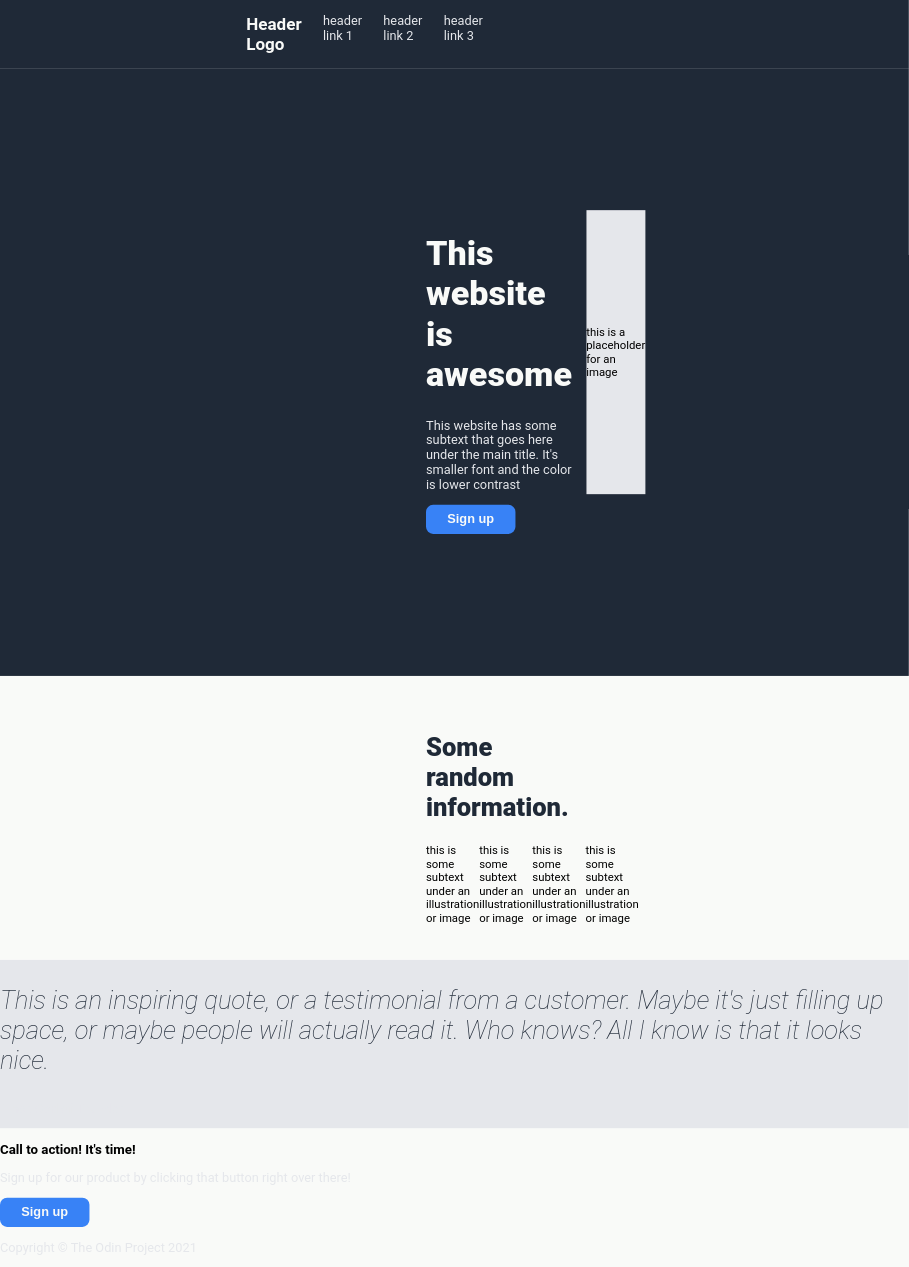
Repository: rsoetydev/landing-page
Page: index.html
The author's editor kept a copy of each file at every save. The page is drawn from the files as they stood at one save, then again after the next save.
The browser window is 1280 px wide. The pictures show the whole page, at 71% of full size.

Above is the page before, as saved 2023-11-28 10:22:47.

### index.html
<!DOCTYPE html>
<html lang="en">
<head>
    <meta charset="UTF-8">
    <meta name="viewport" content="width=device-width, initial-scale=1.0">
    <title>Landing Page</title>
    <link rel="stylesheet" href="style.css">
</head>
<body>
    <div class="header">
        <h2 class="header-logo">Header Logo</h2>
        <p class="link-1">header link 1 </p>
        <p class="link-2">header link 2</p>
        <p class="link-3"> header link 3</p>
    </div>

    <div class="hero">
        <div class="hero-text">
            <h1 class="hero-title">This website is awesome</h1>
            <p class="hero-subtext">This website has some subtext that goes here under the main title. It's smaller font and the color is lower contrast</p>
            <button class="sign-up">Sign up</button>
        </div>
        <div class="hero-image-cont">
            this is a placeholder for an image
        </div>
    </div>

    <div class="info">
        <h2 class="info-title">Some random information.</h2>
        <div class="item-cont">
            <div class="item">
                <div class="item-pic"></div>
                <div class="item-text">this is some subtext under an illustration or image</div>
            </div>
            <div class="item">
                <div class="item-pic"></div>
                <div class="item-text">this is some subtext under an illustration or image</div>
            </div>
            <div class="item">
                <div class="item-pic"></div>
                <div class="item-text">this is some subtext under an illustration or image</div>
            </div>
            <div class="item">
                <div class="item-pic"></div>
                <div class="item-text">this is some subtext under an illustration or image</div>
            </div>
        </div>
    </div>

    <div class="quote">
        <p class="quote-text">
            This is an inspiring quote, or a testimonial from a customer. Maybe it's just filling up space, or maybe people will actually read it. Who knows? All I know is that it looks nice.
        </p>
        <p class="quote-author">-Thor, God of Thunder</p>
    </div>

    <div class="c2a">
        <div class="c2a-sub">
            <div class="c2a-text-container">
                <h3>Call to action! It's time!</h3>
                <p class="c2a-text">Sign up for our product by clicking that button right over there!</p>
            </div>
            <button class="c2a-sign-up">Sign up</button>
        </div>
    </div>

    <div class="footer">
        <p class="copyright">Copyright © The Odin Project 2021</p>
    </div>

</body>
</html>

### style.css


:root {
    --dark: #1F2937;
    --gray: #E5E7EB;
    --white: #F9FAF8;
    --blue: #3882F6;

    font-family: 'Roboto', arial;
}

body{
    background-color:var(--white);
    padding: 0;
    margin: 0;
    display: flex;
    flex-direction: column;
}

h1{
    font-size:48px;
    font-weight:900;
    color: var(--white);
}

p{
    color: var(--gray);
    font-size: 18px;
}

h2{
    color: var(--white);
    font-size: 24px;
    font: weight 600px;
}

.info-title {
    font-size: 36px;
    color:var(--dark);
    font-weight: 900;
}

.quote-text {
    font-size: 36px;
    font-style: italic;
    font-weight: 200;
    color:var(--dark);
}

button{
    background-color: var(--blue);
    color:var(--white);
    font-size: 18px;
    font-weight: 600;
    padding: 10px 30px;
    border: none;
    border-radius: 10px;
}

.header{
    display:flex;
    background-color: var(--dark);
    justify-content: flex-end;
    gap:30px;
    padding: 0px 600px;
}

.header-logo{
    flex: 1;
}

.hero{
    display:flex;
    background-color: var(--dark);
    padding: 200px 600px;
    justify-content:space-between;
    gap: 20px;
}

.hero-image-cont{
    background-color:var(--gray);
    display:flex;
    justify-content: center;
    align-items: center;
    width: 800px;
    height: 400px;
}

.info-title{
    text-align: center;
}

.info{
    display: flex;
    flex-direction: column;
    justify-content: center;
    padding: 50px 600px;
}

.item-cont{
    display:flex;
    justify-content: space-evenly;
}

.quote{
    background-color: var(--gray);

.c2a{
    background-color: var(--blue);
}

.footer{
    background-color: var(--dark);
}

After the next save:
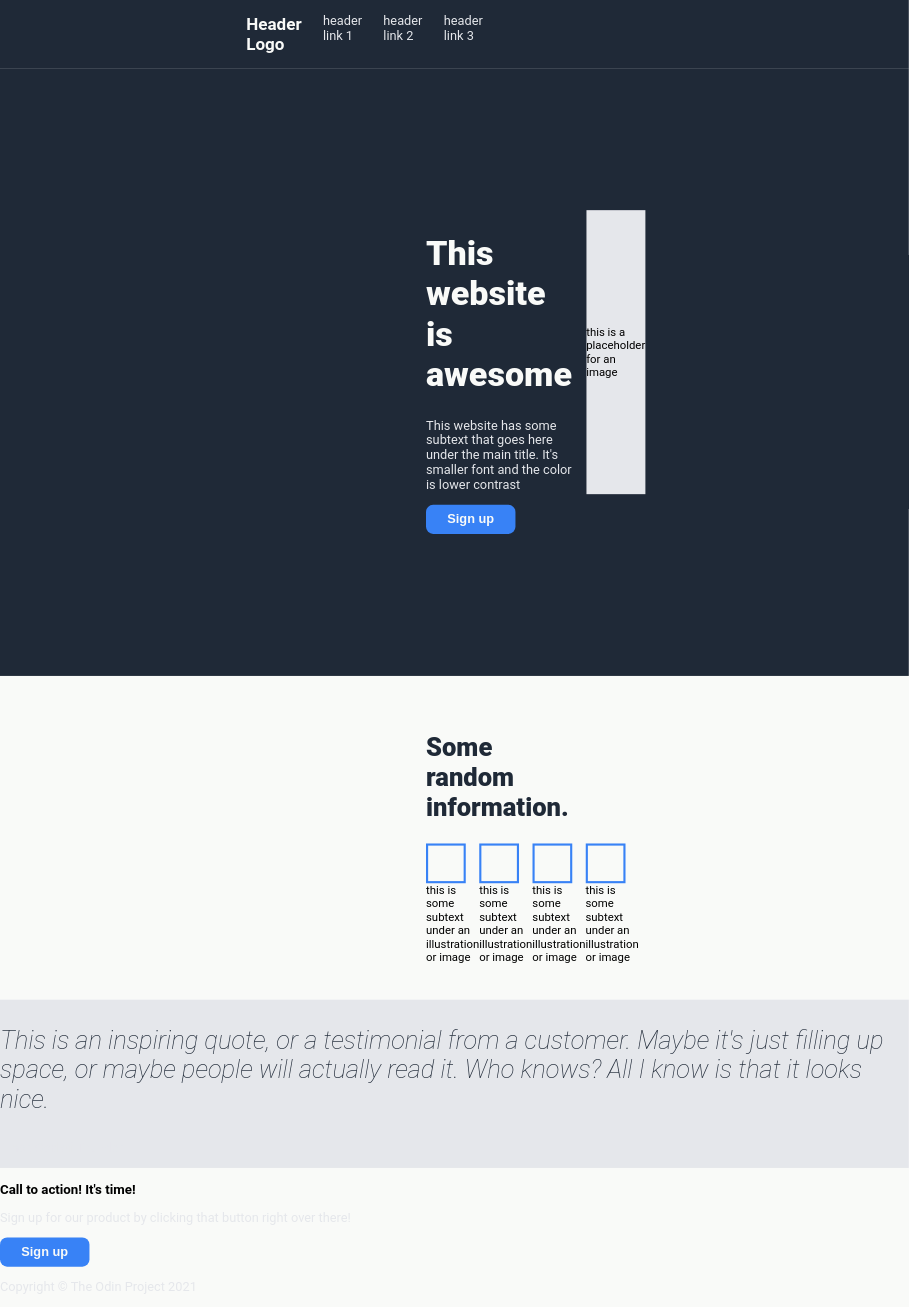
Saved 47 s later.
--- a/style.css
+++ b/style.css
@@ -102,6 +102,13 @@ button{
     justify-content: space-evenly;
 }
 
+.item-pic{
+    width:50px;
+    height:50px;
+    border-style: solid;
+    border-color: var(--blue);
+}
+
 .quote{
     background-color: var(--gray);
 
